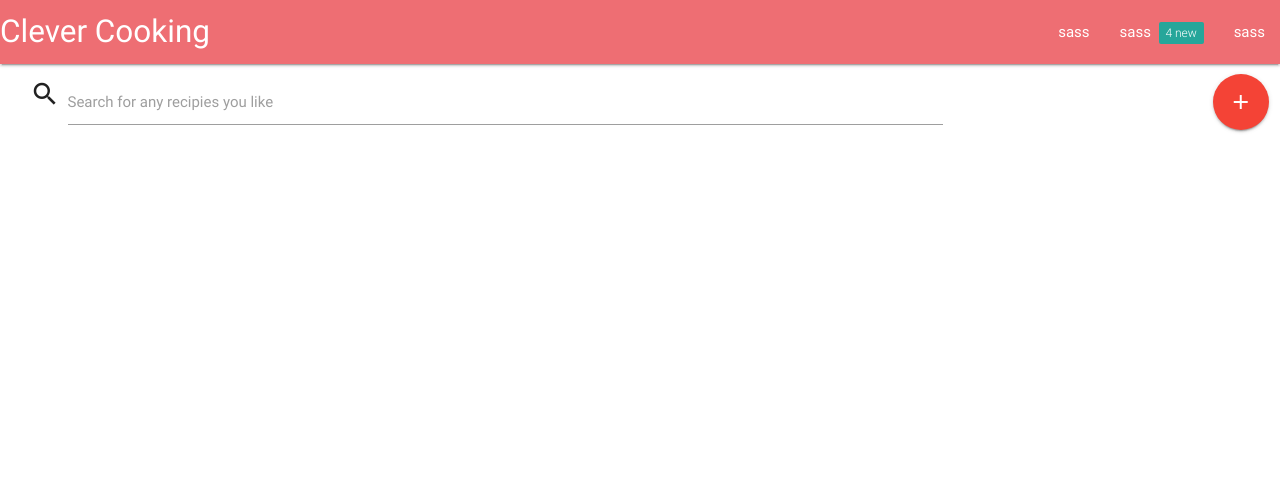
Repository: Code-Institute-Submissions/online-recipe-cookbook
Page: http://localhost/
The author's editor kept a record of every edit. The page is drawn from the files as they stood at one moment, then again after the next edit.
The browser window is 1280 px wide. The pictures show the whole page.
Some web libraries are served in a nearby version. The page is served by the project's application, run on Flask 3 (app.py). Queries for data that is not in the repository find no rows.

Above is the page before.

### templates/home.html
{% extends 'base.html' %}
{% block content %}
<!DOCTYPE html>
<html>
    <head>

    </head>
    <body>
        <div class="row">

            <div class="col s12">
              <div class="row">
                <div class="input-field col s9">
                  <i class="center-align material-icons prefix">search</i>
                  <input method="POST" action="{{url_for('get_recipe_names')}}" type="text" id="autocomplete-input" class="autocomplete">
                  <label for="autocomplete-input">Search for any recipies you like</label>
                </div>
                <a href="{{url_for('add_recipe')}}" class="btn-floating right-align btn-large waves-effect waves-light red" style="float: right; margin-top: 10px"><i class="material-icons">add</i></a>
              </div>
            </div>
         </div>
        <div class="row">
         {% for recipe in recipes %}

             <div class="card col s12 m6 l4 medium">
                <div class="card-image waves-effect waves-block waves-light">
                  <img class="activator" src={{ recipe.image_link}}>
                </div>
                <div class="card-content">
                  <span class="card-title activator grey-text text-darken-4">{{ recipe.recipe_name }}<i class="material-icons right">more_vert</i></span>
                  <p><a href="{{url_for('show_recipe', recipe_id=recipe._id)}}">View full recipe</a></p>
                  <span><i class="material-icons left">favorite</i> <p>{{recipe.likes}}</p></span>
                </div>
                <div class="card-reveal">
                  <span class="card-title grey-text text-darken-4">{{ recipe.recipe_name }}<i class="material-icons right">close</i></span>
                  <p>{{recipe.ingredients}}</p>
                  <span><a href="{{ url_for('edit_recipe', recipe_id=recipe._id)}}"><i class="material-icons right">edit</i></a></span>
                </div>
         </div>

         {% endfor %}

                 </div>
    </body>
</html>
{% endblock %}

### templates/base.html
<!DOCTYPE html>
<html>

<head>
    <link href="https://fonts.googleapis.com/icon?family=Material+Icons" rel="stylesheet">
    <link rel="stylesheet" href="https://cdnjs.cloudflare.com/ajax/libs/materialize/0.100.2/css/materialize.min.css">
    <link rel="stylesheet" href="{{url_for('static', filename='css/style.css')}}" type="text/css"/>
</head>

<body>
    <header><nav>
  <div class="nav-wrapper">
    <a href="" class="brand-logo">Clever Cooking</a>
    <ul id="nav-mobile" class="right hide-on-med-and-down">
      <li><a href="">sass</a></li>
      <li><a href="">sass <span class="new badge">4</span></a></li>
      <li><a href="">sass</a></li>
    </ul>
  </div>
</nav></header>
    {% block content %}

    {% endblock %}

    <script src="https://cdnjs.cloudflare.com/ajax/libs/jquery/3.2.1/jquery.min.js"></script>
    <script src="https://cdnjs.cloudflare.com/ajax/libs/materialize/0.100.2/js/materialize.min.js"></script>
    <script type="text/javascript">
    $(document).ready(function(){
    $('.modal').modal();

    function sendItem(val) {
        console.log(val);
    }
    $(function () {
            $('input.autocomplete').autocomplete({
                data: {
                    "Apple": null,
                    "Microsoft": null,
                    "Google": 'http://placehold.it/250x250'
                },
                onAutocomplete: function(txt) {
                  sendItem(txt);
                },
                limit: 20, // The max amount of results that can be shown at once. Default: Infinity.
            });

    });

  });
    </script>

</body>

</html>

### app.py
import os
from flask import Flask, render_template, redirect, request, url_for
from flask_pymongo import PyMongo
from bson.objectid import ObjectId

app = Flask(__name__)
app.config["MONGO_DBNAME"] = 'cookbookDb'
#app.config["MONGO_URI"] = os.getenv('MONGO_URI', 'mongodb://localhost')
app.config["MONGO_URI"]="mongodb+srv://root-user96:r00tUser96@myfirstcluster-ehz2d.mongodb.net/cookbookDb?retryWrites=true&w=majority"


mongo = PyMongo(app)

@app.route('/')
@app.route('/get_top_recipes')
def get_top_recipes():
    return render_template("home.html", recipes=mongo.db.recipes.find())

@app.route('/edit_recipe/<recipe_id>')
def edit_recipe(recipe_id):
    the_recipe = mongo.db.recipes.find_one({"_id": ObjectId(recipe_id)})
    return render_template('edit_recipe.html', recipe=the_recipe)

@app.route('/show_recipe/<recipe_id>')
def show_recipe(recipe_id):
    the_recipe = mongo.db.recipes.find_one({"_id": ObjectId(recipe_id)})
    return render_template('show_recipe.html', recipe=the_recipe )

@app.route('/delete_recipe/<recipe_id>')
def delete_recipe(recipe_id):
    mongo.db.recipes.remove({'_id': ObjectId(recipe_id)})
    return redirect(url_for('get_top_recipes'))

@app.route('/add_comment_to_recipe/<recipe_id>')
def add_comment_to_recipe(recipe_id):
    recipes = mongo.db.recipe
    recipes.update({'_id': ObjectId(recipe_id)},
    {
         'comments':request.form.get('comment')
    })
    return redirect(url_for('show_recipe', recipe_id=recipe_id))

@app.route('/update_recipe/<recipe_id>', methods=['POST'])
def update_recipe(recipe_id):
    recipes = mongo.db.recipes
    recipes.update({'_id': ObjectId(recipe_id)},
    {
        'recipe_name':request.form.get('recipe_name'),
        'prep_time':request.form.get('prep_time'),
        'cook_time':request.form.get('cook_time'),
        'ingredients':request.form.get('ingredients'),
        #'cuisine':request.form.get('cuisine'),
        'method_steps':request.form.get('method_steps'),
        'tools_used':request.form.get('tools_used'),
        'image_link':request.form.get('image_link')
    })
    return redirect(url_for('get_top_recipes'))

@app.route('/insert_recipe', methods=['POST'])
def insert_recipe():
    recipes = mongo.db.recipes
    recipes.insert_one(request.form.to_dict())
    return redirect(url_for('get_top_recipes'))

@app.route('/add_recipe')
def add_recipe():
    return render_template("add_recipe.html")

@app.route('/get_recipe_names')
def get_recipe_names():
    return render_template("index.html", names=mongo.db.recipe_names.find())

if __name__ == '__main__':
    app.run(host=os.environ.get('IP'),
            port=int(os.environ.get('PORT')),
            debug=True)

Loaded but not shown: static/css/style.css (no copy from this time; the picture is the same without it)

After the next edit:
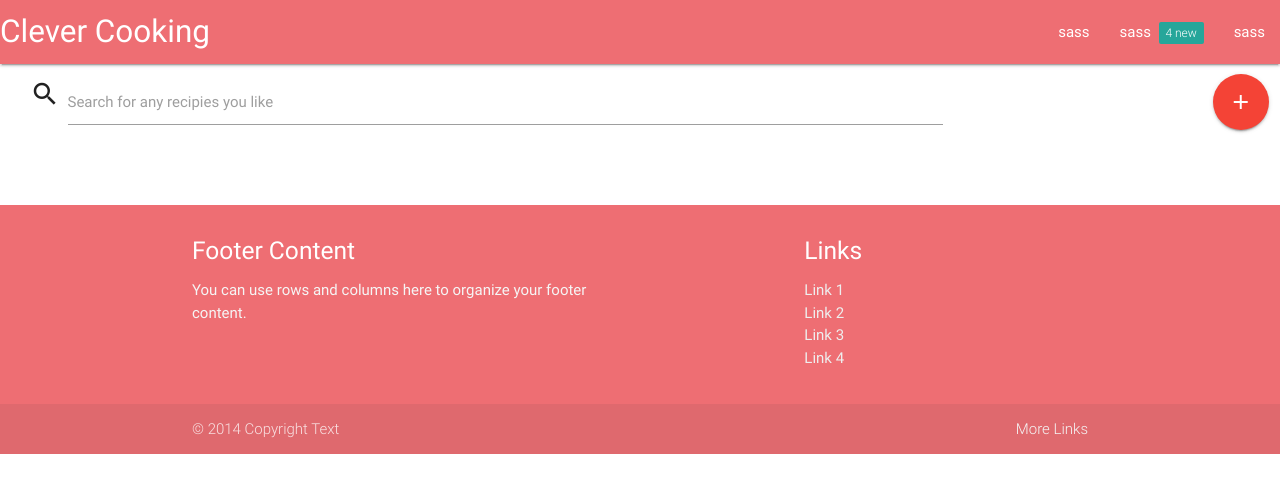
The edit:
--- a/templates/base.html
+++ b/templates/base.html
@@ -50,5 +50,29 @@
     </script>
 
 </body>
-
+<footer class="page-footer">
+          <div class="container">
+            <div class="row">
+              <div class="col l6 s12">
+                <h5 class="white-text">Footer Content</h5>
+                <p class="grey-text text-lighten-4">You can use rows and columns here to organize your footer content.</p>
+              </div>
+              <div class="col l4 offset-l2 s12">
+                <h5 class="white-text">Links</h5>
+                <ul>
+                  <li><a class="grey-text text-lighten-3" href="#!">Link 1</a></li>
+                  <li><a class="grey-text text-lighten-3" href="#!">Link 2</a></li>
+                  <li><a class="grey-text text-lighten-3" href="#!">Link 3</a></li>
+                  <li><a class="grey-text text-lighten-3" href="#!">Link 4</a></li>
+                </ul>
+              </div>
+            </div>
+          </div>
+          <div class="footer-copyright">
+            <div class="container">
+            © 2014 Copyright Text
+            <a class="grey-text text-lighten-4 right" href="#!">More Links</a>
+            </div>
+          </div>
+        </footer>
 </html>
